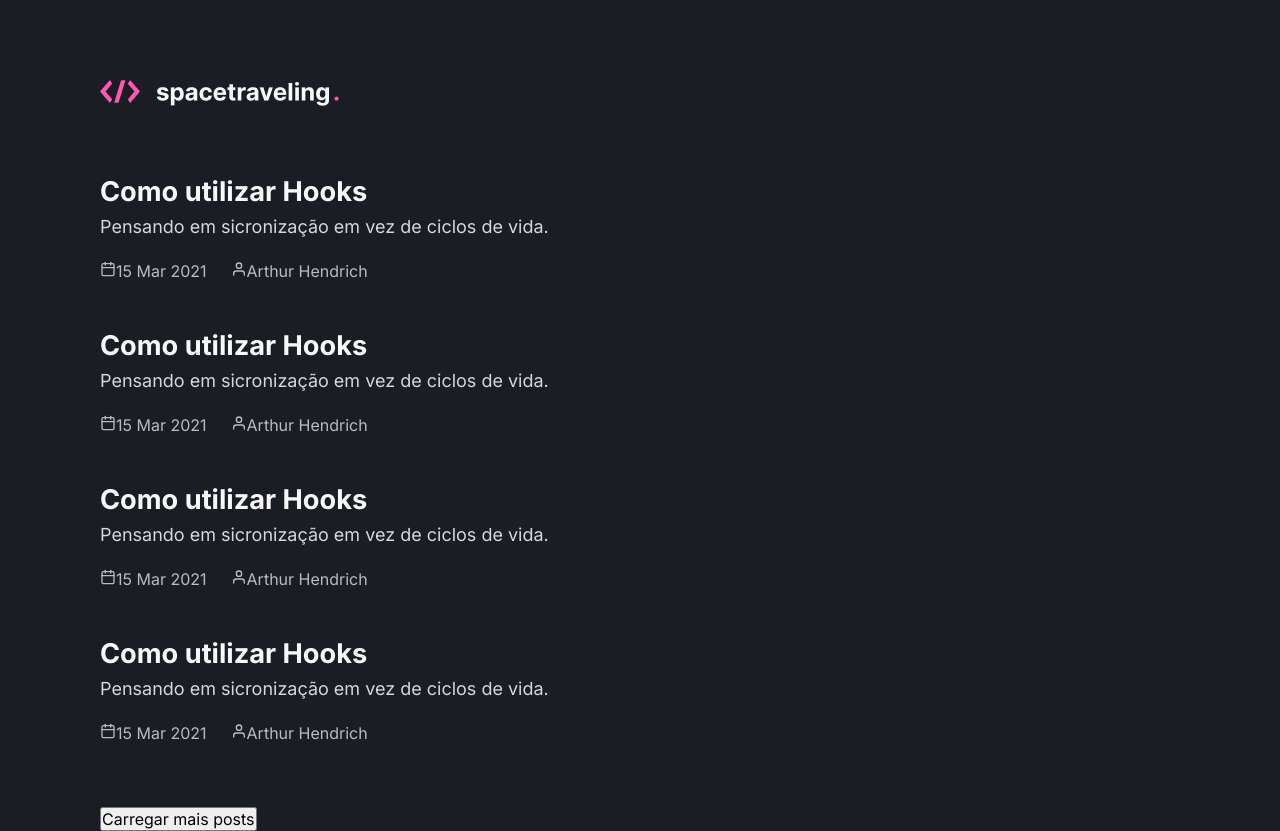
Repository: ArthurHendrich/Ignite-NextJS
Page: /
An editor plug-in stored every save of this project. The page is shown before and after the next save, followed by the edit.
The browser window is 1280 px wide. The pictures show the whole page.
The project was rebuilt for these pictures with package versions that can differ from the ones it lists, and the page was loaded fresh each time. The framework's server and built-in components were replaced by stand-ins that run in the browser.

Above is the page before, as saved 2022-07-09 15:52:56.

### src/pages/_document.tsx
import Document, { Head, Html, Main, NextScript } from 'next/document';

export default class MyDocument extends Document {
  render() {
    return (
      <Html>
        <Head>
          <link rel="preconnect" href="https://fonts.googleapis.com" />
          <link href="https://fonts.googleapis.com/css2?family=Inter:wght@400;600;700&display=swap" rel="stylesheet" />
        </Head>
        <body>
          <Main />
          <NextScript />
        </body>
      </Html>
    );
  }
}

### src/pages/index.tsx
import { GetStaticProps } from 'next';

import { getPrismicClient } from '../services/prismic';

import commonStyles from '../styles/common.module.scss';
import styles from './home.module.scss';
import { FiCalendar, FiUser } from 'react-icons/fi';

interface Post {
  uid?: string;
  first_publication_date: string | null;
  data: {
    title: string;
    subtitle: string;
    author: string;
  };
}

interface PostPagination {
  next_page: string;
  results: Post[];
}

interface HomeProps {
  postsPagination: PostPagination;
}

export default function Home() {
  return (
    <main className={commonStyles.Container}>
      <div className={styles.Container}>
        <h1>Como utilizar Hooks</h1>
        <p>Pensando em sicronização em vez de ciclos de vida.</p>
        <div className={styles.ContentInfo}>
          <div className={styles.Date}>
            <FiCalendar />
            <span>15 Mar 2021</span>
          </div>
          <div className={styles.Author}>
            <FiUser />
            <span>Arthur Hendrich</span>
          </div>
        </div>
        <h1>Como utilizar Hooks</h1>
        <p>Pensando em sicronização em vez de ciclos de vida.</p>
        <div className={styles.ContentInfo}>
          <div className={styles.Date}>
            <FiCalendar />
            <span>15 Mar 2021</span>
          </div>
          <div className={styles.Author}>
            <FiUser />
            <span>Arthur Hendrich</span>
          </div>
        </div>
        <h1>Como utilizar Hooks</h1>
        <p>Pensando em sicronização em vez de ciclos de vida.</p>
        <div className={styles.ContentInfo}>
          <div className={styles.Date}>
            <FiCalendar />
            <span>15 Mar 2021</span>
          </div>
          <div className={styles.Author}>
            <FiUser />
            <span>Arthur Hendrich</span>
          </div>
        </div>
        <h1>Como utilizar Hooks</h1>
        <p>Pensando em sicronização em vez de ciclos de vida.</p>
        <div className={styles.ContentInfo}>
          <div className={styles.Date}>
            <FiCalendar />
            <span>15 Mar 2021</span>
          </div>
          <div className={styles.Author}>
            <FiUser />
            <span>Arthur Hendrich</span>
          </div>
        </div>

      </div>
      <div className={styles.Button}>
        <button>Carregar mais posts</button>
      </div>
    </main>
  );
}

// export const getStaticProps = async () => {
//   const prismic = getPrismicClient({});
//   const postsResponse = await prismic.getByType(TODO);

//   TODO
// };

### src/components/Header/index.tsx
import styles from './header.module.scss';

export default function Header() {
  return (
    <header className={styles.Container}>
        <img src="images/Logo.png" alt="logo"/>
    </header>
  )
}

### src/styles/globals.scss
* {
  box-sizing: border-box;
  margin: 0;
  padding: 0;
}

:root {
  --Highlight: #FF57B2;
  --Heading: #F8F8F8;
  --Background: #1A1D23;
  --Info: #BBBBBB;
  --Body: #D7D7D7;
}


@media (max-width: 1080px) {
  html {
    font-size: 93.75%;
  }
}

@media (max-width: 720px) {
  html {
    font-size: 87.5%;
  }
}

body{
  background: var(--Background);
}

body, input, textarea, select, button {
  font: 400 1rem 'Inter', sans-serif;
}

button {
  cursor: pointer;
}

a {
  color: inherit;
  text-decoration: none;
}

### src/styles/common.module.scss
.Container {
  max-width: 1080px;
  margin: 0 auto;
}

### src/pages/home.module.scss
.Container {
  margin-top: 4.0625rem;

  h1 {
    font-size: 1.7rem;
    color: var(--Heading);
  }

  p {
    margin-top: 0.5rem;
    font-size: 1.125rem;
    color: var(--Body);
  }

  .ContentInfo {
    display: flex;
    align-items: center;
    color: var(--Info);
    margin-top: 1.5rem;
    margin-bottom: 3rem;

    .Date {
      margin-right: 1.5rem;
    }
  }
}

.Button {
  margin-top: 4rem;
}

### src/components/Header/header.module.scss
.Container {
  max-width: 1080px;
  margin: 0 auto;
  margin-top: 5rem;
}

Loaded but not shown: src/pages/_app.tsx (common file)

After the next save:
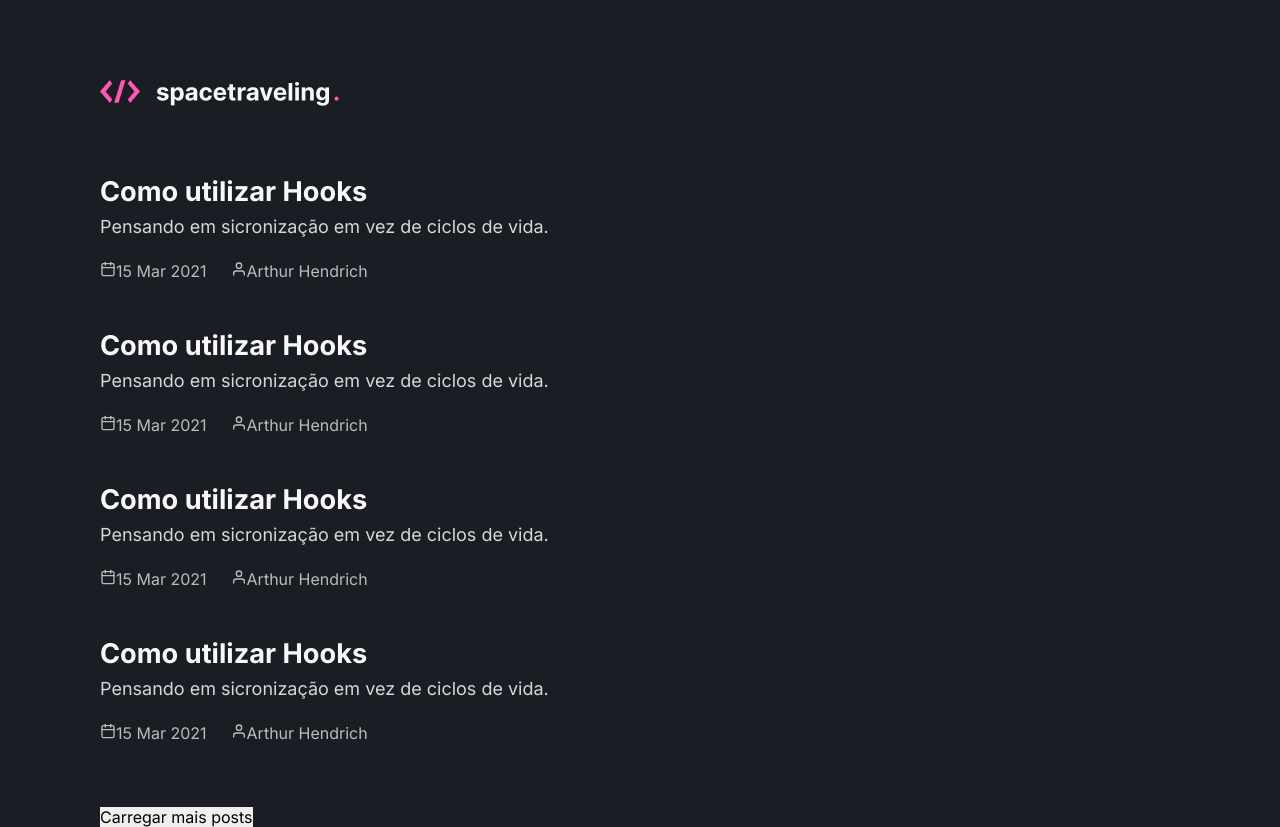
Saved 10 s later.
--- a/src/pages/home.module.scss
+++ b/src/pages/home.module.scss
@@ -27,4 +27,8 @@
 
 .Button {
   margin-top: 4rem;
+
+  button {
+    border: 0
+  }
 }
